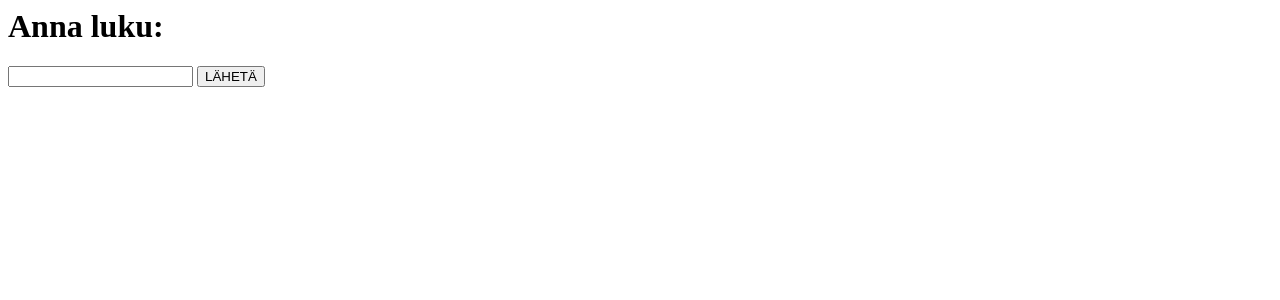
Repository: koodaajakige/knykanen
Page: public_html/be/ehtoja.html
The author's editor kept a copy of each file at every save. The page is drawn from the files as they stood at one save, then again after the next save.
The browser window is 1280 px wide. The pictures show the whole page.

Above is the page before, as saved 2022-11-01 07:30:32.

After the next save:
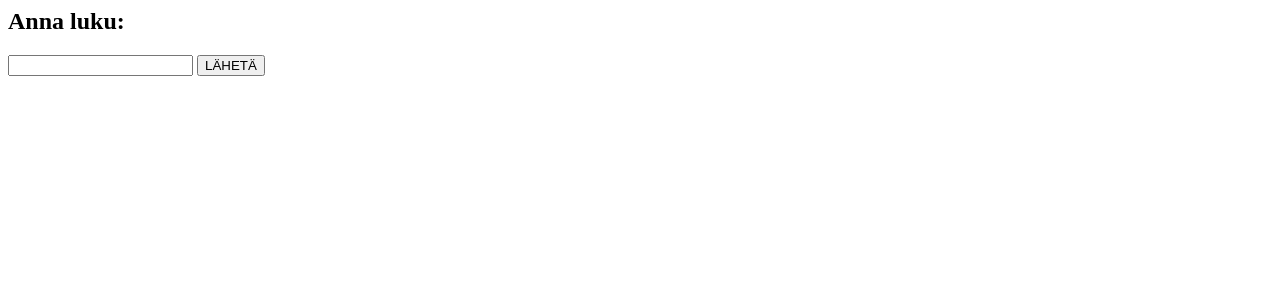
Saved 85 s later.
--- a/public_html/be/ehtoja.html
+++ b/public_html/be/ehtoja.html
@@ -3,7 +3,7 @@
     <title>If, else if ja else</title>
 </head>
 <body>
-    <h1>Anna luku:</h1>
+    <h2>Anna luku:</h2>
 <form action="ehtoharjoitus.php" method="GET">
     <input type="text" name="luku">
     <input type="submit" value="LÄHETÄ">
